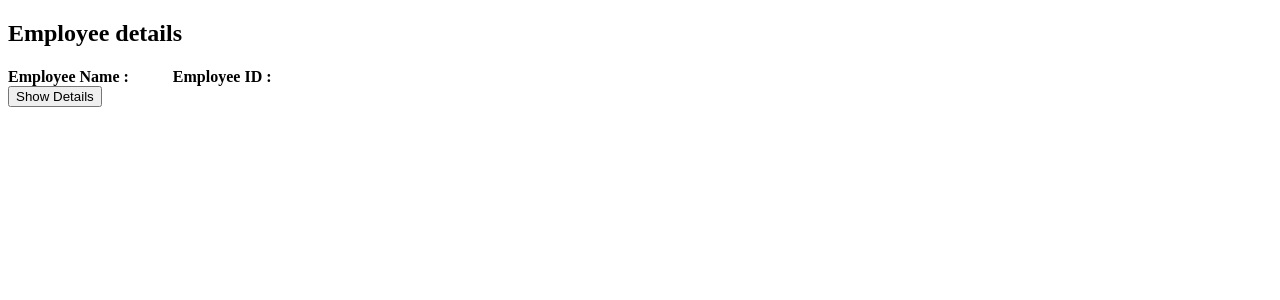
Repository: Kushal18/referesher_assignment1
Page: example/WebContent/json.html
An editor plug-in stored every save of this project. The page is shown before and after the next save, followed by the edit.
The browser window is 1280 px wide. The pictures show the whole page.

Above is the page before, as saved 2016-09-14 03:44:46.
Console error: ReferenceError: data is not defined

After the next save:
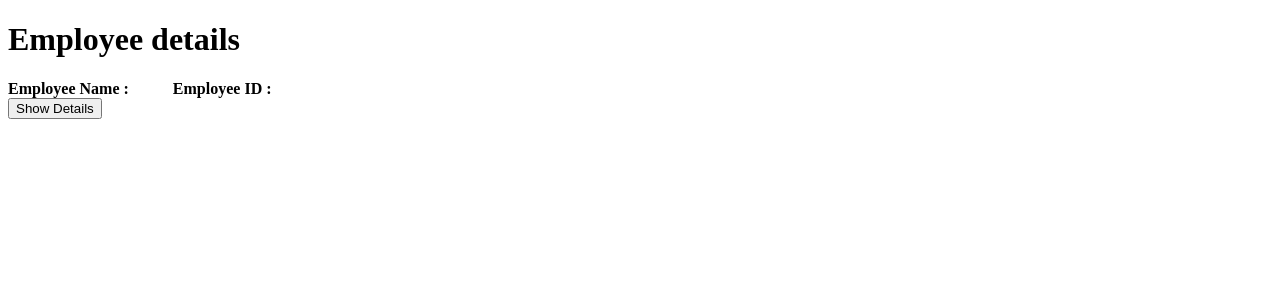
Saved 40 s later.
--- a/example/WebContent/json.html
+++ b/example/WebContent/json.html
@@ -3,7 +3,7 @@
 <head>
 </head>
 <body onload="getData()">
-<h2> Employee details </h2>
+<h1> Employee details </h1>
 <h4>Employee Name : <b id="employee"></b> &nbsp;&nbsp; &nbsp; &nbsp;&nbsp;&nbsp;&nbsp;  Employee ID : <b id="employeeid" ></b> </br>
 <input type="button" onclick ="showDetails()" value="Show Details" name="Show Details" />
 <p id="details"></p>
